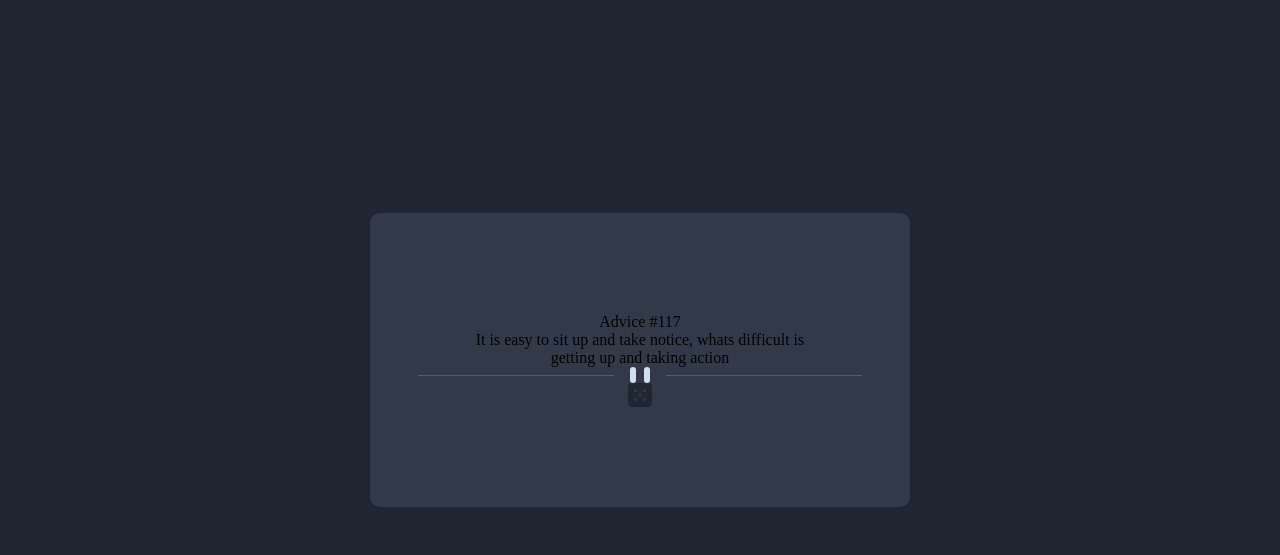
Repository: Arkitecth/advice-generator
Page: index.html
An editor plug-in stored every save of this project. The page is shown before and after the next save, followed by the edit.
The browser window is 1280 px wide. The pictures show the whole page.

Above is the page before, as saved 2023-07-12 17:27:29.

After the next save:
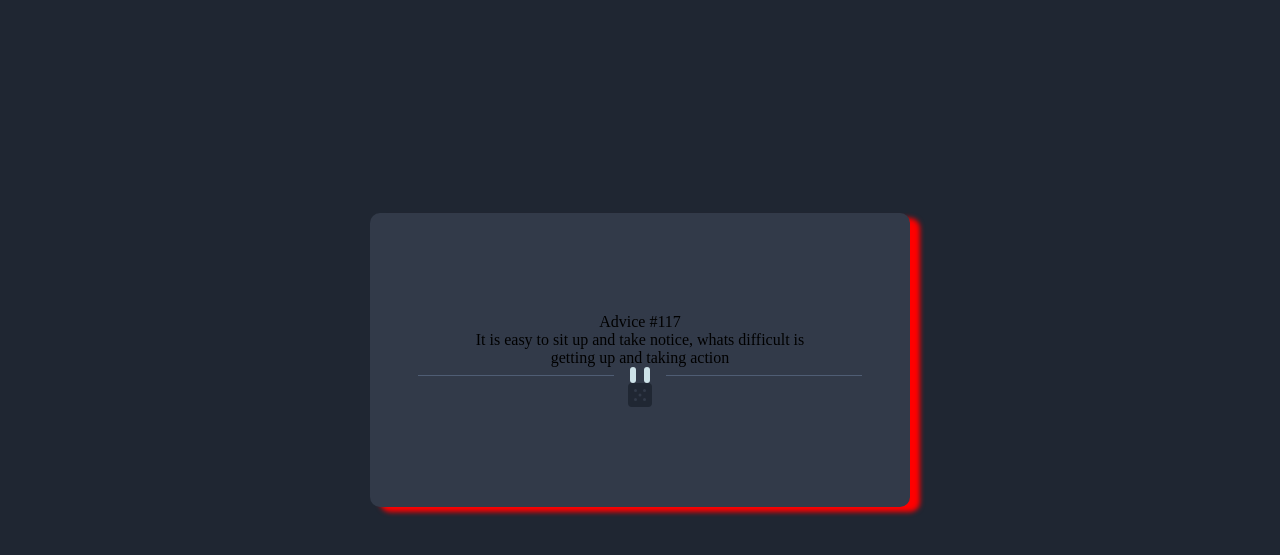
Saved 39 s later.
--- a/style.css
+++ b/style.css
@@ -26,6 +26,7 @@
     max-width: 540px;
     padding: 100px;
     border-radius: 10px;
+    box-shadow: 10px 5px 5px red;
     display: flex;
     flex-direction: column;
     align-items: center;
